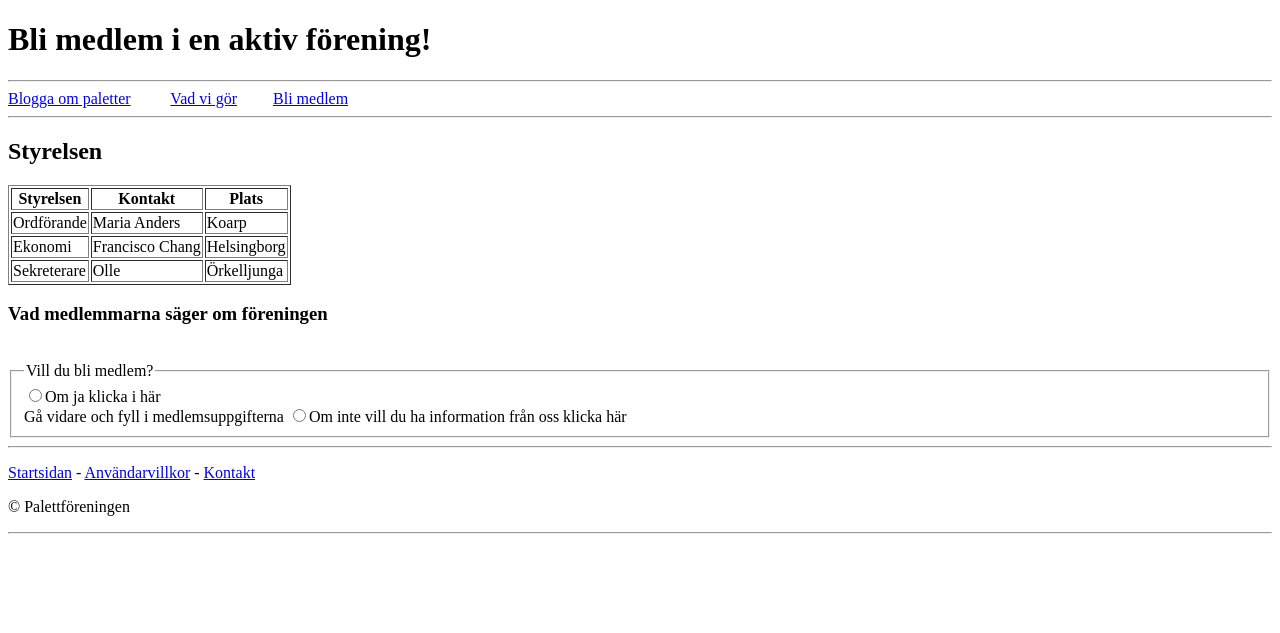
Repository: Webutveckling-20-21/Uppgift-1
Page: medlemskap.html
The author's editor kept a copy of each file at every save. The page is drawn from the files as they stood at one save, then again after a run of saves.
The browser window is 1280 px wide. The pictures show the whole page.

Above is the page before, as saved 2021-09-07 12:31:46.

### medlemskap.html
<!DOCTYPE html>
<html lang="en">

<head>
    <meta charset="UTF-8">
    <meta name="viewport" content="width=device-width, initial-scale=1.0">
    <title>Palettföreningen</title>
</head>

<body>
    <header>
        <h1>Bli medlem i en aktiv förening!</h1>
        <hr>
        <a href="blogg.html">Blogga om paletter</a> &nbsp;&nbsp;&nbsp;&nbsp;&nbsp;&nbsp;&nbsp;&nbsp; <a
            href="verksamheten.html">Vad vi gör</a>&nbsp;&nbsp;&nbsp;&nbsp;&nbsp;&nbsp;&nbsp;&nbsp;
        <a href="medlemskap.html">Bli medlem</a>

    </header>
    <hr>
    <main>
         <h2>Styrelsen</h2>

        <table border="1">
            <tr>
                <th>Styrelsen</th>
                <th>Kontakt</th>
                <th>Plats</th>
            </tr>
            <tr>
                <td>Ordförande</td>
                <td>Maria Anders</td>
                <td>Koarp</td>
            </tr>
            <tr>
                <td>Ekonomi</td>
                <td>Francisco Chang</td>
                <td>Helsingborg</td>
            </tr>
            <tr>
                <td>Sekreterare</td>
                <td>Olle</td>
                <td>Örkelljunga</td>
            </tr>
        </table>


    </main>
    <aside>
        <article>
            <h3>Vad medlemmarna säger om föreningen</h3><br>

        </article>
        <form method="post">
            <fieldset>
                <legend>Vill du bli medlem?</legend>
                <label><input type="radio" name="radio">Om ja klicka i här</label><br>
               Gå vidare och fyll i medlemsuppgifterna</a>
                <label><input type="radio" name="radio">Om inte vill du ha information från oss klicka här</label>
            </fieldset>
        </form>

    </aside>
    <hr>
    <footer>
        <nav>
            <p>
                <a href="blogg.html">Startsidan</a> -
                <a href="villkor.html">Användarvillkor</a> -
                <a href="kontakt.html">Kontakt</a>
            </p>
        </nav>
        <p> &copy; Palettföreningen</p>

    </footer>
    <hr>

</body>


</html>

After the next 2 saves:
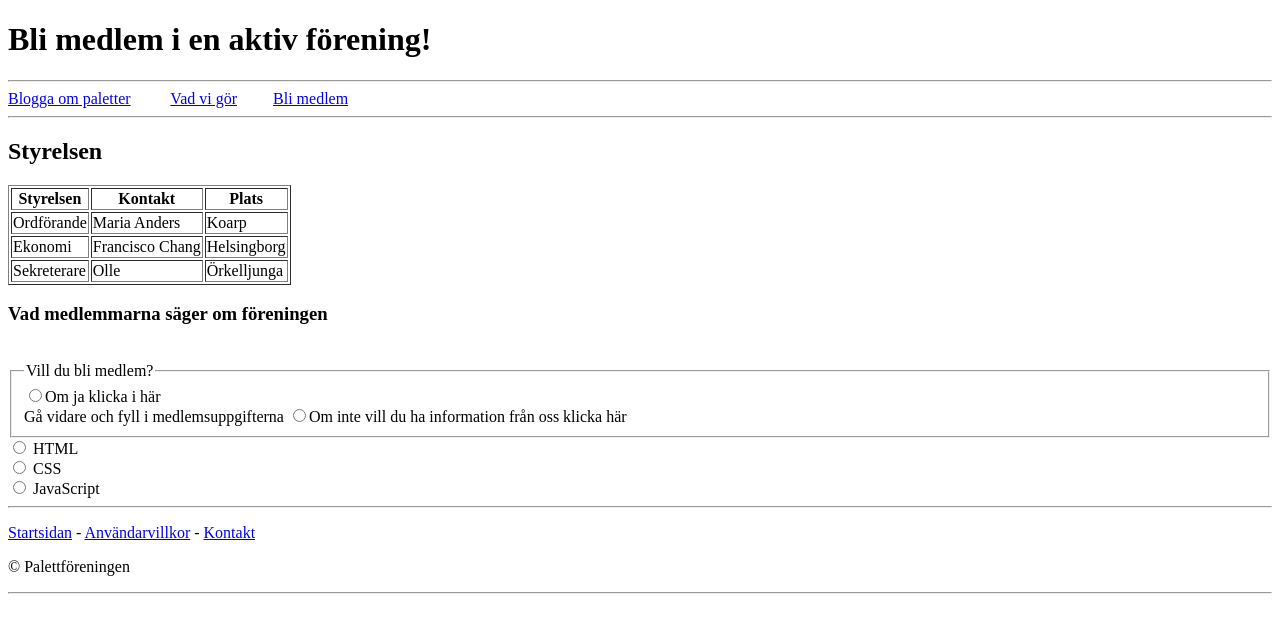
The 2 saves are shown as one change because they came seconds apart.
The last was saved 103 s later.
--- a/medlemskap.html
+++ b/medlemskap.html
@@ -59,6 +59,15 @@
             </fieldset>
         </form>
 
+        <input type="radio" id="html" name="fav_language" value="HTML">
+  <label for="html">HTML</label><br>
+  <input type="radio" id="css" name="fav_language" value="CSS">
+  <label for="css">CSS</label><br>
+  <input type="radio" id="javascript" name="fav_language" value="JavaScript">
+  <label for="javascript">JavaScript</label>
+</form>
+
+
     </aside>
     <hr>
     <footer>
